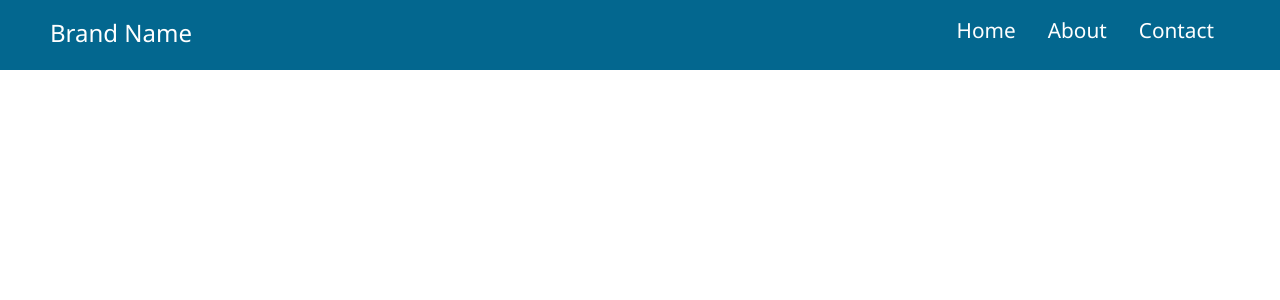
Repository: Jrap-bit/PeriodofSharing
Page: index.html
An editor plug-in stored every save of this project. The page is shown before and after the next save, followed by the edit.
The browser window is 1280 px wide. The pictures show the whole page.

Above is the page before, as saved 2022-01-13 20:57:45.

### index.html
<!DOCTYPE html>
<html lang="en">
<head>
    <meta charset="UTF-8">
    <meta http-equiv="X-UA-Compatible" content="IE=edge">
    <meta name="viewport" content="width=device-width, initial-scale=1.0">
    <link rel='stylesheet' href = 'style.css'>
    <title>Women</title>
</head>
<body>
    <nav class="navbar">
        <div class="brand-title">
            Brand Name
        </div>
        <a href="#" class="toggle-button">
            <span class="bar"></span>
            <span class="bar"></span>
            <span class="bar"></span>
        </a>
        <div class="navbar-links">
            <ul>
                <li><a href="#Home">Home</a></li>
                <li><a href="#About">About</a></li>
                <li><a href="#Contact">Contact</a></li>
            </ul>
        </div>
    </nav>
</body>
</html>

### style.css
* {
    box-sizing: border-box;
    font-family: 'Segoe UI', Tahoma, Geneva, Verdana, sans-serif;
}

body {
    margin: 0;
    padding: 0;
}

html{
    scroll-behavior: smooth;
}

.navbar{
    display: flex;
    justify-content: space-between;
    align-items: center;
    background-color: rgb(3, 103, 143);
    color: white;

}

.brand-title{
    font-size: 1.5rem;
    margin: 10px 50px;
    margin-bottom: 15px;

}

.navbar-links ul{
    margin: 0 50px;
    margin-bottom: 10px;
    padding: 0;
    display: flex;
}

.navbar-links li {
    list-style: none;
    font-size: 1.3rem;

}

.navbar-links li a{
    text-decoration: none;
    color: white;
    padding: 1rem;
    display: block;
}

.navbar-links li:hover{
    background-color: rgb(1, 54, 75);
}

.toggle-button {
    position: absolute;
    top: .75rem;
    right: 1rem;
    display: none;
    flex-direction: column;
    justify-content: space-between;
    width: 30px;
    height: 21px;
}

.toggle-button .bar{
    height: 3px;
    width: 100%;
    background-color: white;
    border-radius: 10px;
}

@media (max-width: 800px) {
    .toggle-button{
        display: flex;
    }
    .navbar-links{
        display: none;
        width: 100%;
    }

    .navbar{
        flex-direction: column;
        align-items: flex-start;
    }

    .navbar-links ul {
        flex-direction: column;
        width: 100%;

    }

    .navbar-links li{
        text-align: center;
    }

    .navbar-links li a{
        padding: 0.5rem 1rem;
    }

    .navbar-links.active{
        display: flex;
    }

    .toggle-button:hover{
        background-color: #666;
    }
}

After the next save:
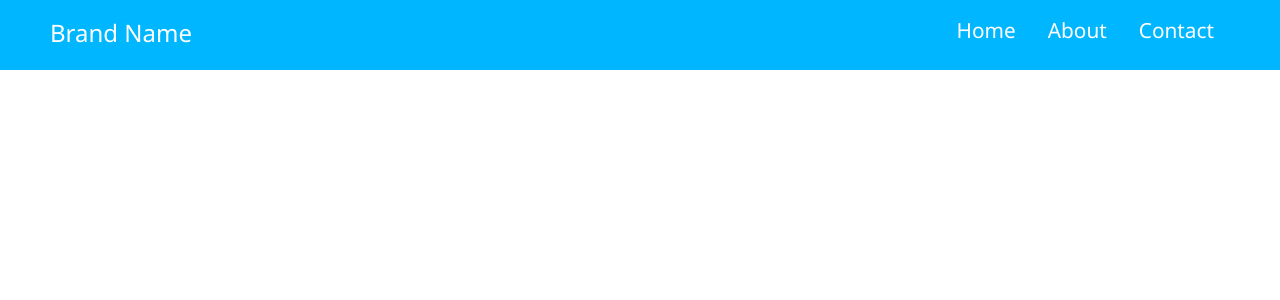
Saved 2 min 35 s later.
--- a/style.css
+++ b/style.css
@@ -16,7 +16,7 @@ html{
     display: flex;
     justify-content: space-between;
     align-items: center;
-    background-color: rgb(3, 103, 143);
+    background-color: rgb(0, 183, 255);
     color: white;
 
 }
